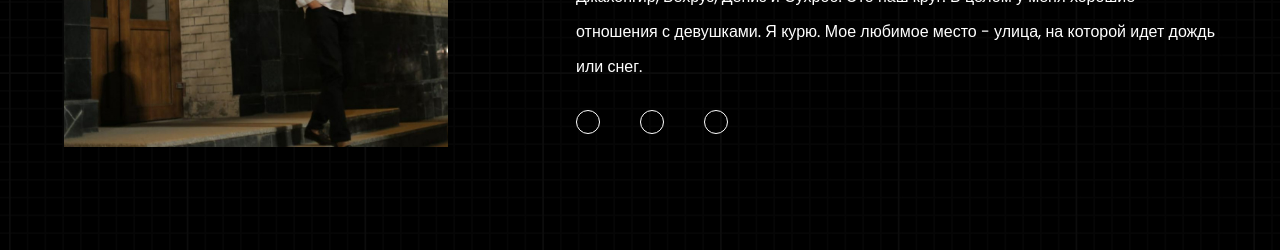
Repository: sardorexe/xishnik
Page: /
The author's editor kept a copy of each file at every save. The page is drawn from the files as they stood at one save, then again after a run of saves.
The browser window is 1280 px wide. The pictures show the part of the page from y = 1190 to 2142 px (the page is 1440 px tall before and 2160 px after).
Some icons come from a web library that is not loaded, so they are not drawn. Some web libraries are served in a nearby version. The project was rebuilt for these pictures with package versions that can differ from the ones it lists, and the page was loaded fresh each time. Some packages were replaced by stand-ins written for this rebuild. The framework's server and built-in components were replaced by stand-ins that run in the browser. Also part of the build but not shown: next.config.js.

Above is the page before, as saved 2021-09-27 18:49:26.

### pages/_app.js
import "../styles/globals.css";
import Layout from "../comps/layout";
import Head from "next/head";

function MyApp({ Component, pageProps }) {
  return (
    <>
      <Head>
        <link
          rel="stylesheet"
          href="https://pro.fontawesome.com/releases/v5.10.0/css/all.css"
          integrity="sha384-AYmEC3Yw5cVb3ZcuHtOA93w35dYTsvhLPVnYs9eStHfGJvOvKxVfELGroGkvsg+p"
          crossorigin="anonymous"
        />
      </Head>
      <Layout>
        <Component {...pageProps} />
      </Layout>
    </>
  );
}

export default MyApp;

### pages/_document.js
import Document, { Html, Head, Main, NextScript } from "next/document";

class MyDocument extends Document {
  static async getInitialProps(ctx) {
    const initialProps = await Document.getInitialProps(ctx);
    return { ...initialProps };
  }

  render() {
    return (
      <Html lang="en">
        <Head />
        <body>
          <Main />
          <NextScript />
        </body>
      </Html>
    );
  }
}

export default MyDocument

### pages/index.js
import Head from "next/head";
import Biography from "../comps/Biography";
import Header from "../comps/Header";

export default function Home() {
  return (
    <>
      <Head>
        <title>Xishnik</title>
        <meta name="description" content="Xishnik gang bang" />
        <link rel="preconnect" href="https://fonts.googleapis.com" />
        <link rel="preconnect" href="https://fonts.gstatic.com" crossOrigin />
        <link
          href="https://fonts.googleapis.com/css2?family=Montserrat:wght@100;300;400;700&family=Poppins:wght@300;400;500;700&family=Quicksand:wght@700&display=swap&family=Racing+Sans+One&display=swap"
          rel="stylesheet"
        />
      </Head>
      <Header />
      <Biography />
    </>
  );
}

### styles/globals.css
::-webkit-scrollbar {
  display: none;
}

html,
body {
  padding: 0;
  margin: 0;
  font-family: -apple-system, BlinkMacSystemFont, Segoe UI, Roboto, Oxygen,
    Ubuntu, Cantarell, Fira Sans, Droid Sans, Helvetica Neue, sans-serif;
  box-sizing: border-box;
}

h1,
h2,
h3,
h4,
h5,
h6,
p {
  margin: 0;
  padding: 0;
}

a {
  color: inherit;
  text-decoration: none;
}

* {
  box-sizing: border-box;
}

### comps/layout.js
import Indicator from "./Indicator";

export default function Layout({ children }) {
  return (
    <>
      <Indicator />
      {children}
    </>
  );
}

### comps/Biography.js
import styles from "../styles/Biography.module.css";
import { useState, useEffect } from "react";
import AboutBox from "./miniComp/AboutBox";
import SocialMedia from "./miniComp/SocialMedia";

export default function Biography() {
  const [age, setAge] = useState(0);

  const calcAge = () => {
    let date = new Date();
    setAge(date.getFullYear() - 2004);
  };

  useEffect(() => {
    calcAge();
  }, []);

  return (
    <main className={styles.container}>
      <h1 className={styles.contentTitle}>Биография</h1>
      <div className={styles.parentContent}>
        <div className={styles.img}>
          <img
            src="/biography.jpg"
            width="100%"
            alt="xishnik, ilhom, xiwnik, hishnik, hiwnik, litsey, yurist, xorazm, gurlan"
          />
        </div>
        <div className={styles.content}>
          <h2>
            <li>Ильхaм Эгамберганов</li>
          </h2>
          <div className={styles.about}>
            <AboutBox
              icon="fal fa-calendar"
              title="Дата рождения"
              content="22.12.2004"
            />
            <AboutBox
              icon="fas fa-map-marker-alt"
              title="Место рождения"
              content="Хорезм, Узбекистан"
            />
            <AboutBox
              icon="fas fa-briefcase"
              title="Профессия"
              content="Юрист"
            />
          </div>
          <p className={styles.more}>
            Как дела? Я Ильхом. Я родился в Хорезме. Мне {age} лет. Реалист.
            Сейчас я учусь в юридическом лицее в Ташкенте. У меня немного
            друзей, но они близкие. Например, Джахонгир, Бехруз, Дениз и Сухроб.
            Это наш круг. В целом у меня хорошие отношения с девушками. Я курю.
            Мое любимое место - улица, на которой идет дождь или снег.
          </p>
          <div className={styles.social}>
            <SocialMedia
              icon="fab fa-instagram"
              url="https://instagram.com/xishnik_3583"
            />
            <SocialMedia icon="fas fa-phone" url="tel:+998974533583" />
            <SocialMedia
              icon="fab fa-telegram-plane"
              url="https://t.me/MR_ILKHAM"
            />
          </div>
        </div>
      </div>
      <div className={styles.freeContent}></div>
    </main>
  );
}

### comps/Header.js
import styles from "../styles/Home.module.css";

export default function Header() {
  return (
    <>
      <header className={styles.header}>
        <div className={styles.background}>
          <video
            loop
            muted
            autoPlay
            style={{
              objectFit: "cover",
              height: "100%",
              width: "40%",
              opacity: "0.6",
            }}
            src="/background.mp4"
          ></video>
        </div>
        <div className={styles.content}>
          <div className={styles.textContent}>
            <h1>XISHNIK GANG</h1>
            <li> -- Я получу всё что хочу</li>
          </div>
        </div>
      </header>
    </>
  );
}

### comps/Indicator.js
import { useState, useEffect } from "react";

export default function Indicator() {
  const [width, setWidth] = useState(0);
  const watchScrolling = () => {
    let winScroll =
      document.body.scrollTop || document.documentElement.scrollTop;
    let height =
      document.documentElement.scrollHeight -
      document.documentElement.clientHeight;
    let scrolled = (winScroll / height) * 100;
    setWidth(scrolled);
  };

  useEffect(() => {
    window.onscroll = function () {
      watchScrolling();
    };
  }, [width]);

  return (
    <>
      <div className="indicator"></div>
      <style jsx>{`
        .indicator {
          position: fixed;
          top: 0;
          left: 0;
          width: ${width}%;
          height: 4px;
          background: #fff;
          z-index: 99999999;
        }
      `}</style>
    </>
  );
}

### styles/Biography.module.css
.container {
  height: 100vh;
  background: url(/background.jpg);
  background-size: cover;
  background-repeat: no-repeat;
  display: flex;
  flex-direction: column;
  justify-content: space-between;
  align-items: center;
  color: #fff;
}

.contentTitle {
  font-family: "Montserrat", sans-serif;
  font-weight: bold;
  margin-top: 55px;
  font-size: 40px;
}

.parentContent {
  display: flex;
  flex-direction: row;
  justify-content: space-around;
  width: 100%;
}

.content {
  display: flex;
  flex-direction: column;
  align-items: flex-start;
  justify-content: space-around;
  width: 50%;
}

.content h2 {
  margin-bottom: 40px;
}

.img {
  overflow: hidden;
  width: 30%;
}

.img img {
  width: 100%;
  height: 100%;
  object-fit: cover;
}

.about {
  display: flex;
  flex-direction: row;
  align-items: center;
  justify-content: space-between;
  flex-wrap: wrap;
}

.more {
  font-family: "Poppins", sans-serif;
  font-weight: medium;
  line-height: 35px;
}

.social {
  display: flex;
  flex-direction: row;
  align-items: flex-start;
}

.freeContent {
  margin-top: 15px;
}

### comps/miniComp/AboutBox.js
export default function AboutBox({ icon, title, content }) {
  return (
    <>
      <div className="aboutBox">
        <div className="icon">
          <i className={icon}></i>
        </div>
        <div className="text">
          <p className="title">{title}</p>
          <p className="content">{content}</p>
        </div>
      </div>
      <style jsx>{`
        .aboutBox {
          display: flex;
          flex-direction: row;
          align-items: center;
          justify-content: center;
          margin: 0 10px 10px 0;
        }

        .icon {
          display: flex;
          align-items: center;
          justify-content: center;
          margin-right: 10px;
          padding: 10px;
          border-right: 1px solid #fff;
        }

        .title {
          font-family: "Montserrat", sans-serif;
          color: #5a5a5a;
        }

        .content {
          font-family: "Poppins", sans-serif;
          font-weight: bold;
        }

        .icon i {
          color: #fff;
        }
      `}</style>
    </>
  );
}

### comps/miniComp/SocialMedia.js
import styles from "../../styles/Social.module.css";
import Link from "next/link";

export default function SocialMedia({ icon, url }) {
  return (
    <Link href={url}>
      <a className={styles.button} target="_blank">
        <span className={styles.background}></span>
        <i className={icon}></i>
      </a>
    </Link>
  );
}

### styles/Home.module.css
.header {
  background-color: #000;
  height: 100vh;
  display: flex;
  justify-content: center;
  align-items: center;
}

.background {
  width: 80%;
  height: 100vh;
  position: absolute;
  top: 0;
  left: 0;
}

.content {
  margin-left: 80px;
  width: 60%;
  height: 100%;
  z-index: 9999;
  display: flex;
  justify-content: center;
  align-items: center;
  background: rgb(0, 0, 0);
}

.content h1 {
  font-family: 'Racing Sans One', cursive;
  font-size: 46px;
  margin: 0;
  font-weight: 700;
  z-index: 9999;
  color: #fff;
}

.content li {
  color: rgba(255, 255, 255, 0.527);
  font-family: 'Inter', sans-serif;
  font-weight: lighter;
}

### styles/Social.module.css
.button {
  position: relative;
  border: 1px solid #fff;
  padding: 11px;
  display: flex;
  justify-content: center;
  align-items: center;
  border-radius: 50px;
  overflow: hidden;
  margin-right: 40px;
}

.background {
  position: absolute;
  top: 0;
  left: 0;
  width: 100%;
  height: 100%;
  background-color: #fff;
  transform: scaleY(0);
  transform-origin: top center;
  transition: transform 0.3s cubic-bezier(0.445, 0.05, 0.55, 0.95);
}

.button:hover .background {
  transform-origin: bottom center;
  transform: scaleY(1);
}

.button i {
  color: #fff;
  z-index: 1;
  font-size: 20px;
  transition: color 0.3s ease;
}

.button:hover i {
    color: #000;
}

### comps/Gallery.js
import styles from "../styles/Gallery.module.css";

export default function Gallery() {
  return (
    <section className={styles.container}>
      <h2 className={styles.title}>Галерея</h2>
      <div className={styles.photos}>
        <div className={styles.photo}>
          <img
            src="/gallery1.jpg"
            alt="Xishnik jalla xishnik, ilhom, xiwnik, hishnik, hiwnik, litsey, yurist, xorazm, gurlan"
          />
        </div>
      </div>
    </section>
  );
}

Loaded but not shown: styles/Gallery.module.css (common file)

After the next 4 saves:
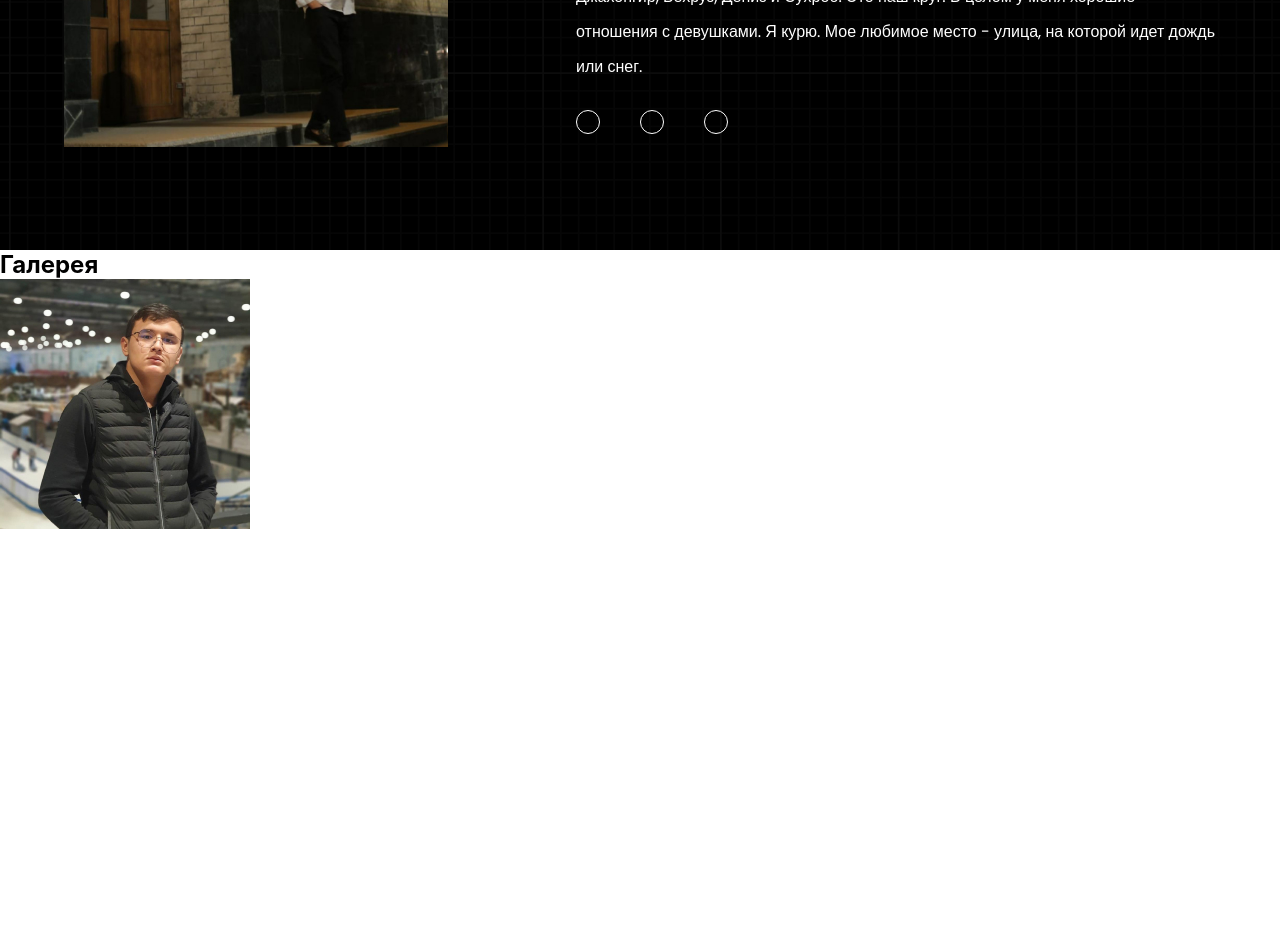
The 4 saves are shown as one change because 1 did not build or start and some came seconds apart.
The last was saved 21 s later.
--- a/pages/index.js
+++ b/pages/index.js
@@ -1,5 +1,6 @@
 import Head from "next/head";
 import Biography from "../comps/Biography";
+import Gallery from "../comps/Gallery";
 import Header from "../comps/Header";
 
 export default function Home() {
@@ -17,6 +18,7 @@ export default function Home() {
       </Head>
       <Header />
       <Biography />
+      <Gallery />
     </>
   );
 }
